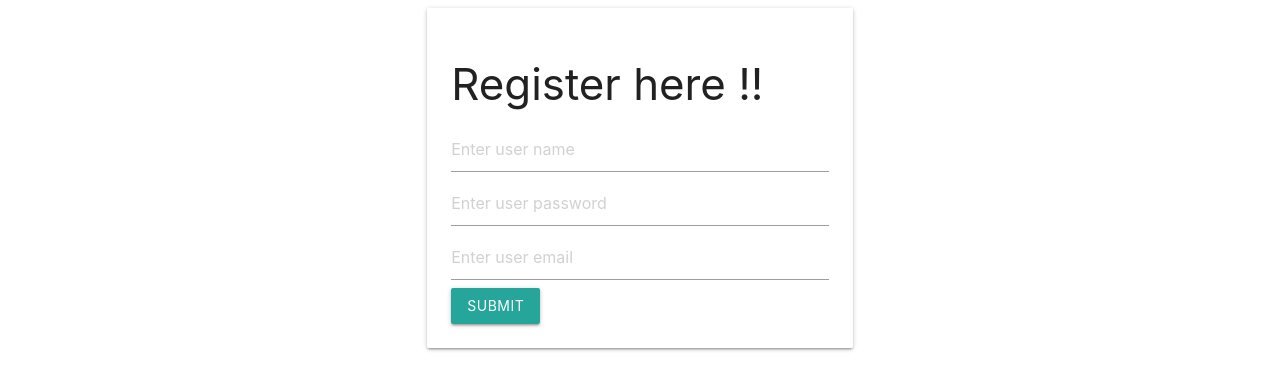
Repository: ShaileshMishr/Javanew
Page: http://localhost/Register/signup.jsp
These files come from the project's save history. The page is drawn as it stood at one moment and after the next save; the edit follows.
The browser window is 1280 px wide. The pictures show the whole page.
The page is served by Tomcat 10. Other server files are loaded and not shown.

Above is the page before, as saved 2023-10-11 21:31:32.

### Register/src/main/webapp/signup.jsp
<%@ page language="java" contentType="text/html; charset=ISO-8859-1"
    pageEncoding="ISO-8859-1"%>
<!DOCTYPE html>
<html>
<head>
<meta charset="ISO-8859-1">
<title>Register Page</title>

 <!-- Compiled and minified CSS -->
    <link rel="stylesheet" href="https://cdnjs.cloudflare.com/ajax/libs/materialize/1.0.0/css/materialize.min.css">

    <!-- Compiled and minified JavaScript -->
    <script src="https://cdnjs.cloudflare.com/ajax/libs/materialize/1.0.0/js/materialize.min.js"></script>


</head>
<body>
<div class="container">
<div class="row">
<div class="col m6 offset-m3">
<div class="card">
<div class="card-content">
<h3>Register here !!</h3>
<div class="form">
<!--  creating form -->

<form action="Register" method="post">
<input type="text" name="user_name" placeholder="Enter user name" />
<input type="password" name="user_password" placeholder="Enter user password" />
<input type="email" name="user_email" placeholder="Enter user email" />

<button type="submit" class="btn">Submit</button>
</form>

<div class="loader">

</div>

</div>
</div>
</div>
</div>
</div>
</div>



</body>
</html>

After the next save:
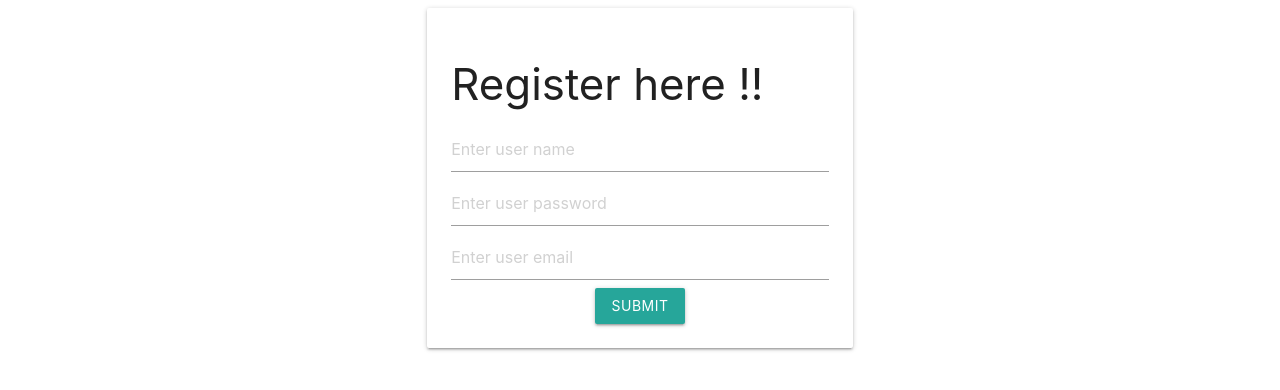
Saved 34 s later.
--- a/Register/src/main/webapp/signup.jsp
+++ b/Register/src/main/webapp/signup.jsp
@@ -21,7 +21,7 @@
 <div class="card">
 <div class="card-content">
 <h3>Register here !!</h3>
-<div class="form">
+<div class="form center-align">
 <!--  creating form -->
 
 <form action="Register" method="post">
